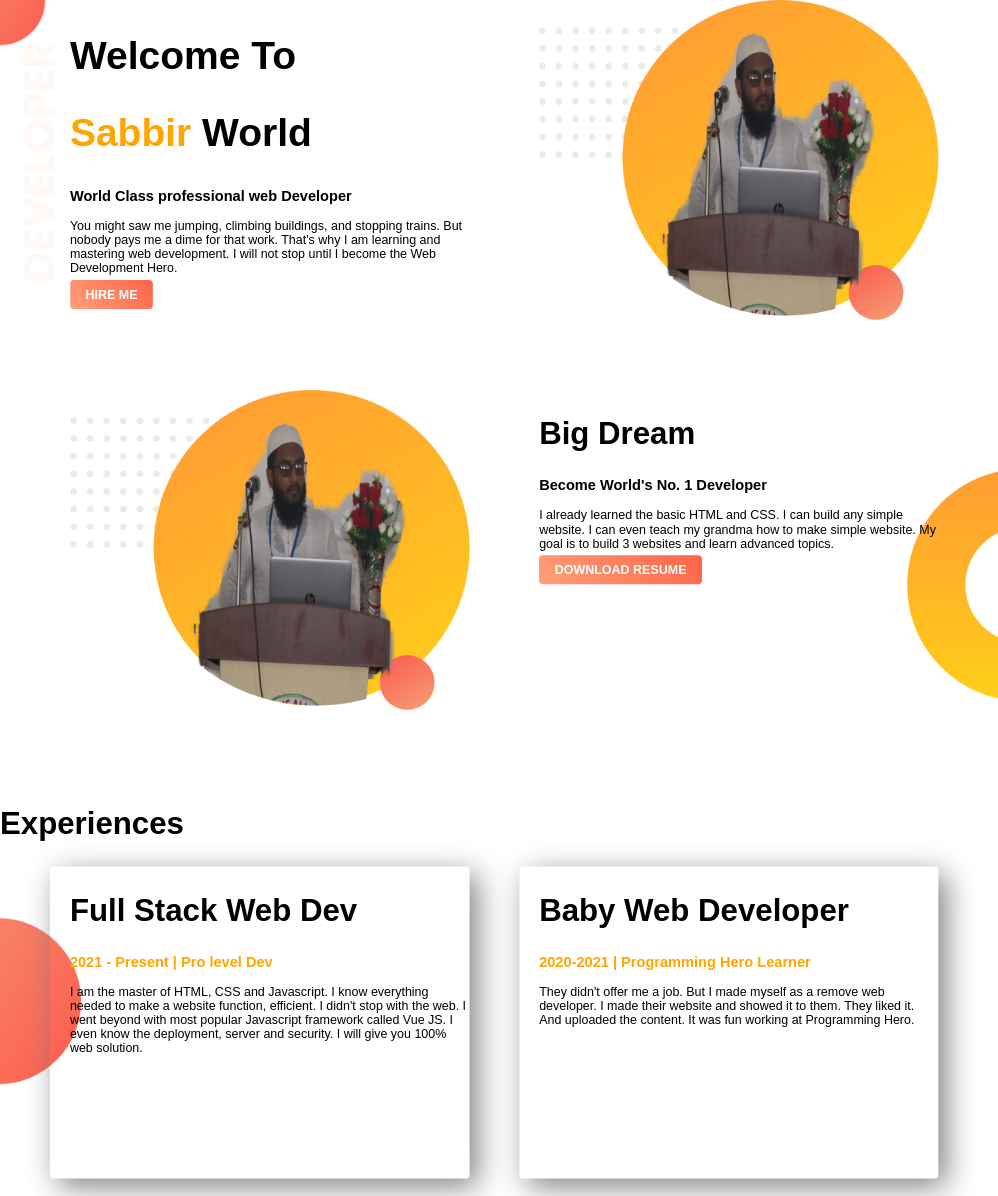
Repository: sabbircse3/web-protfolio
Page: index.html
The author's editor kept a copy of each file at every save. The page is drawn from the files as they stood at one save, then again after a run of saves.
The browser window is 1280 px wide. The pictures show the whole page, at 78% of full size.

Above is the page before, as saved 2021-01-04 10:49:06.

### index.html
<!DOCTYPE html>
<html lang="en">
<head>
    <meta charset="UTF-8">
    <meta name="viewport" content="width=device-width, initial-scale=1.0">
    <title>Sabbir web-portfolio</title>
    <link rel="preconnect" href="https://fonts.gstatic.com">
    <link href="https://fonts.googleapis.com/css2?family=Montserrat&display=swap" rel="stylesheet">
    <link rel="stylesheet" href="style.css">
</head>
<body>
    <section class="top-banner">
        <div class="half-width">
            <h1>Welcome To</h1>
            <h1> <span class="name-highlight">Sabbir</span> World</h1>
            <h3>World Class professional web Developer</h3>
            <p>You might saw me jumping, climbing buildings, and stopping trains. But nobody pays me a dime for that work. That's why I am learning and mastering web development. I will not stop until I become the Web Development Hero.</p>
            <a class="link-button" target="_blank" href="https://www.linkedin.com/company/programminghero/">HIRE ME</a>
        </div>

        <div class="half-width">
            <img src="images/sabbir1.png" alt="">
        </div>
    </section>

    <section class="dream-area">
        <div class="half-width">
            <img src="images/sabbir1.png" alt="">
        </div>

        <div class="half-width">
            <h2> Big Dream</h2>
            <h3>Become World's No. 1 Developer</h3>
            <p>I already learned the basic HTML and CSS. I can build any simple website. I can even teach my grandma how to make simple website. My goal is to build 3 websites and learn advanced topics.</p>
            <a class="link-button" target="_blank" href="https://www.linkedin.com/company/programminghero/">DOWNLOAD RESUME</a>
        </div>

    </section>

    <section class="experience-area">
        <h2>Experiences</h2>
        <div id="full-stack" class="half-width single-experience">
            <h2>Full Stack Web Dev</h2>
            <h3 class="orange-highlight">2021 - Present | Pro level Dev</h3>
            <p>I am the master of HTML, CSS and Javascript. I know everything needed to make a website function, efficient. I didn't stop with the web. I went beyond with most popular Javascript framework called Vue JS. I even know the deployment, server and security. I will give you 100% web solution.</p>

        </div>

        <div class="half-width single-experience">
            <h2>Baby Web Developer</h2>
            <h3 class="orange-highlight">2020-2021 | Programming Hero Learner</h3>
            <p>They didn't offer me a job. But I made myself as a remove web developer. I made their website and showed it to them. They liked it. And uploaded the content. It was fun working at Programming Hero.</p>

        </div>

    </section>

</body>
</html>

### style.css
body{
    font-family: sans-serif;
    margin: 0px;
}
h1{
    font-size: 50px;
}
h2{
    font-size: 40px;
}
.name-highlight{
    color: orange;
}
.half-width{
    width: 40%;
    float: left;
    margin-left: 5%;
    padding-left: 2%;
}
.half-width img{
    width: 100%;
}
.top-banner{
    background-image: url("images/top-banner.png");
    background-repeat: no-repeat;
}
section{
    height: 500px;
}
.link-button{
    text-decoration: none;
    background-image: linear-gradient(45deg, lightSalmon, tomato);
    padding: 10px 20px;
    border-radius: 5px;
    color: white;
    font-weight: 700;
}
.dream-area{
    background-image: url("images/dream-bg.png");
    background-repeat: no-repeat;
    background-position: right;
}
.experience-area{
    background-image: url("images/exp-bg.png");
    background-repeat: no-repeat;
    background-position: left;


}
.orange-highlight{
    color: orange;
}
.single-experience{
    box-shadow: 10px 10px 40px gray;
    border-radius: 5px;
    height: 80%;

}
#full-stack{
    border-left: 7px;
}

After the next 3 saves:
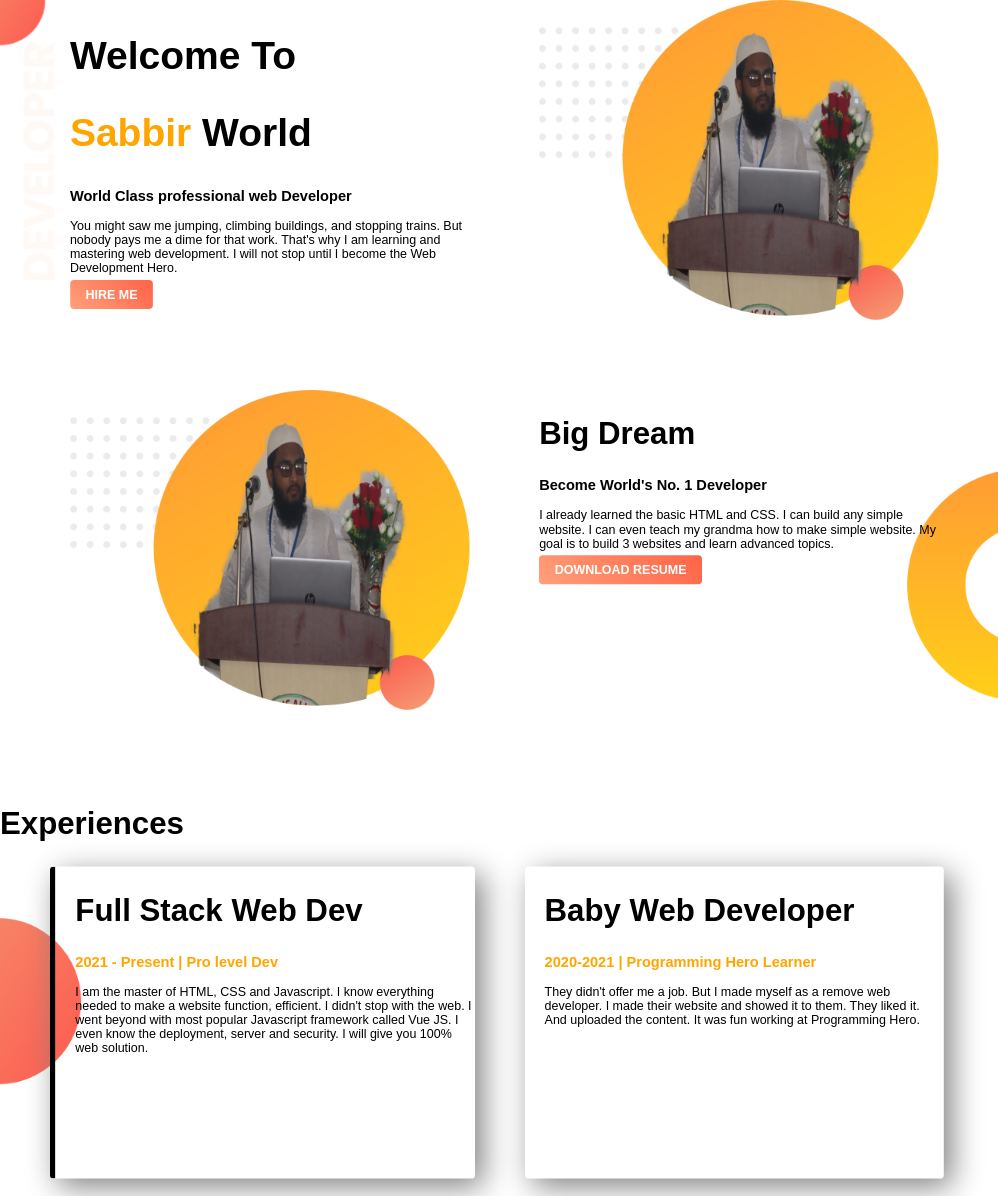
The 3 saves are shown as one change because they came seconds apart.
The last was saved 6 s later.
--- a/style.css
+++ b/style.css
@@ -57,5 +57,5 @@ section{
 
 }
 #full-stack{
-    border-left: 7px;
+    border-left: 7px solid;
 }
